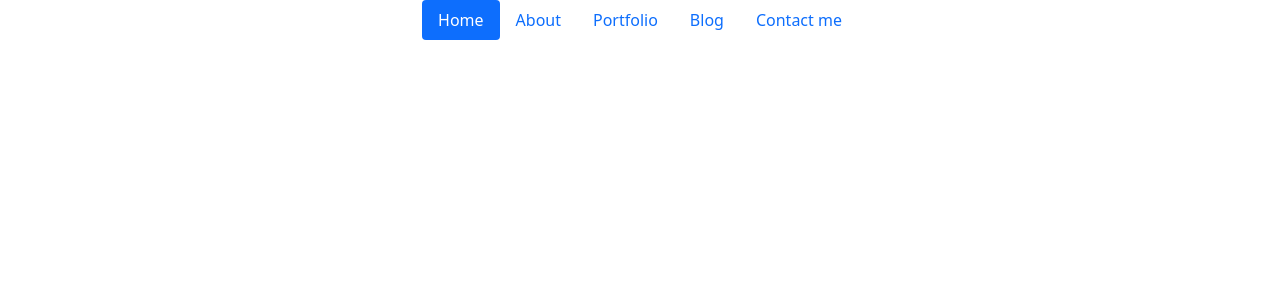
Repository: mamatechafrica/portfolio
Page: index.html
The author's editor kept a copy of each file at every save. The page is drawn from the files as they stood at one save, then again after a run of saves.
The browser window is 1280 px wide. The pictures show the whole page.

Above is the page before, as saved 2022-01-04 13:25:19.

### index.html
<!doctype html>
<html lang="en">
    <head>
        <!-- Required meta tags -->
        <meta charset="utf-8">
        <meta name="viewport" content="width=device-width, initial-scale=1">

        <!-- Bootstrap CSS -->
        <link href="https://cdn.jsdelivr.net/npm/bootstrap@5.0.2/dist/css/bootstrap.min.css" rel="stylesheet" integrity="sha384-EVSTQN3/azprG1Anm3QDgpJLIm9Nao0Yz1ztcQTwFspd3yD65VohhpuuCOmLASjC" crossorigin="anonymous">

        <title>NashTheCoder portfolio</title>
    </head>
    <body>
        <div class="container">

        </div>


        <nav>
            <ul class="nav nav-pills justify-content-center">
                <li class="nav-item">
                  <a class="nav-link active" aria-current="page" href="#">Home</a>
                </li>
                <li class="nav-item">
                    <a class="nav-link" href="#">About</a>
                  </li>
                <li class="nav-item">
                  <a class="nav-link" href="#">Portfolio</a>
                </li>
                <li class="nav-item">
                    <a class="nav-link" href="https://mumlovestech.com/" target="blank">Blog</a>
                  </li>
                <li class="nav-item">
                  <a class="nav-link" href="#">Contact me</a>
                </li>
              </ul>
        </nav>

        <!-- Optional JavaScript; choose one of the two! -->

        <!-- Option 1: Bootstrap Bundle with Popper -->
        <script src="https://cdn.jsdelivr.net/npm/bootstrap@5.0.2/dist/js/bootstrap.bundle.min.js" integrity="sha384-MrcW6ZMFYlzcLA8Nl+NtUVF0sA7MsXsP1UyJoMp4YLEuNSfAP+JcXn/tWtIaxVXM" crossorigin="anonymous"></script>

        <!-- Option 2: Separate Popper and Bootstrap JS -->
        <!--
        <script src="https://cdn.jsdelivr.net/npm/@popperjs/core@2.9.2/dist/umd/popper.min.js" integrity="sha384-IQsoLXl5PILFhosVNubq5LC7Qb9DXgDA9i+tQ8Zj3iwWAwPtgFTxbJ8NT4GN1R8p" crossorigin="anonymous"></script>
        <script src="https://cdn.jsdelivr.net/npm/bootstrap@5.0.2/dist/js/bootstrap.min.js" integrity="sha384-cVKIPhGWiC2Al4u+LWgxfKTRIcfu0JTxR+EQDz/bgldoEyl4H0zUF0QKbrJ0EcQF" crossorigin="anonymous"></script>
        -->
    </body>
</html>

After the next 3 saves:
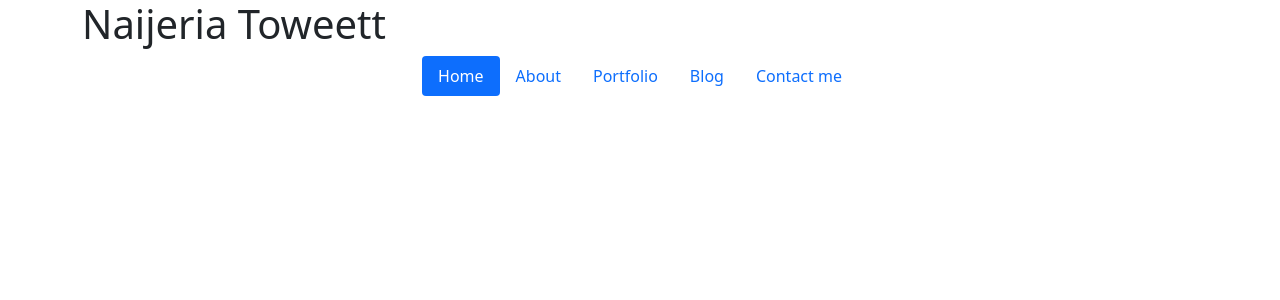
The 3 saves are shown as one change because they came seconds apart.
The last was saved 5 s later.
--- a/index.html
+++ b/index.html
@@ -12,9 +12,8 @@
     </head>
     <body>
         <div class="container">
-
+            <h1>Naijeria Toweett</h1>
         </div>
-
 
         <nav>
             <ul class="nav nav-pills justify-content-center">
